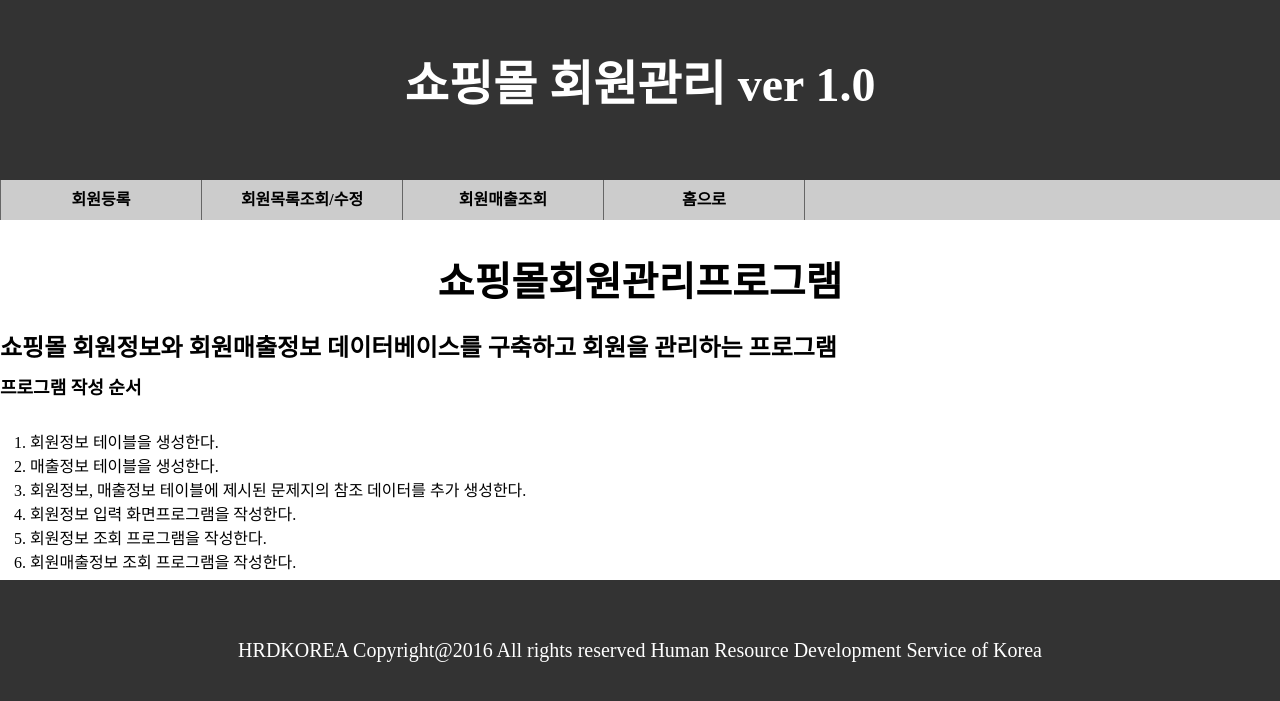
Repository: jsky1234/NCS
Page: http://localhost/HRD_1/admin.jsp
An editor plug-in stored every save of this project. The page is shown before and after the next save, followed by the edit.
The browser window is 1280 px wide. The pictures show the whole page.
The page is served by Tomcat 9. Other server files are loaded and not shown.

Above is the page before, as saved 2020-11-09 02:44:55.

### ncs1/HRD_1/WebContent/admin.jsp
<%@ page language="java" contentType="text/html; charset=UTF-8"
    pageEncoding="UTF-8"%>
<!DOCTYPE html>
<html>
<head>
<meta charset="UTF-8">
<title>관리자 모드로 로그인 중</title>
<style>
* { margin: 0; padding: 0; }
body, html { width: 100%; height: 100%; }
ul { list-style : none; }
a { text-decoration: none; }

button, label, input { outline: 0; border: 0; user-select: none; }
img { border: 0; }
ol { padding: 30px; }
.hd { clear: both; min-height: 180px; background-color: #333; }
.tit { font-size: 48px; text-align: center; line-height: 140px; color: #fff; padding-top: 15px;}
.gnb { clear: both; height: 40px; background-color: #cccccc; }
.gnb li { float: left; min-width: 120px; width: auto; }
.gnb a { display:block; text-align: center; line-height: 40px; width: 200px; height: 40px; color: #000000; font-weight: 700; border-left: 1px solid #666666; }
.gnb li:last-child { border-right: 1px solid #666666; }

.page { clear: both; padding: 30px 0 30px 0; }
.page_tit { text-align: center; font-size: 40px; }
.item_tit1 { font-size: 24px; margin-top: 20px; }
.item_tit2 { font-size: 18px; margin-top: 10px;}

.ft { clear: both; position: absolute;  width: 100%; bottom: 0; min-height:80px; height: 140px; background-color: #333; }
.copyright { color: #fff; font-size: 20px; text-align: center; margin-top: 20px; line-height: 100px;}

</style>
</head>
<body>
<header class="hd">
	<h2 class="tit">쇼핑몰 회원관리 ver 1.0</h2>
</header>
<nav class="gnb">
	<ul>
		<li><a href="">회원등록</a></li>
		<li><a href="">회원목록조회/수정</a></li>
		<li><a href="">회원매출조회</a></li>
		<li><a href="">홈으로</a></li>
	</ul>
</nav>
<main class="content">
	<section class="page" id="page1">
		<h2 class="page_tit">쇼핑몰회원관리프로그램</h2>
		<div class="main_help">
			<h3 class="item_tit1">쇼핑몰 회원정보와 회원매출정보 데이터베이스를 구축하고 회원을 관리하는 프로그램</h3>
			<h3 class="item_tit2">프로그램 작성 순서</h3>
			<ol>
				<li>회원정보 테이블을 생성한다.</li>
				<li>매출정보 테이블을 생성한다.</li>
				<li>회원정보, 매출정보 테이블에 제시된 문제지의 참조 데이터를 추가 생성한다.</li>
				<li>회원정보 입력 화면프로그램을 작성한다.</li>
				<li>회원정보 조회 프로그램을 작성한다.</li>
				<li>회원매출정보 조회 프로그램을 작성한다.</li>
			</ol>
		</div>
	</section>
</main>
<footer class="ft">
	<div class="ft_wrap">
		<div class="admin_copy">
			<p class="copyright">HRDKOREA Copyright@2016 All rights reserved Human Resource Development Service of Korea</p>
		</div>
	</div>
</footer>
</body>
</html>

After the next save:
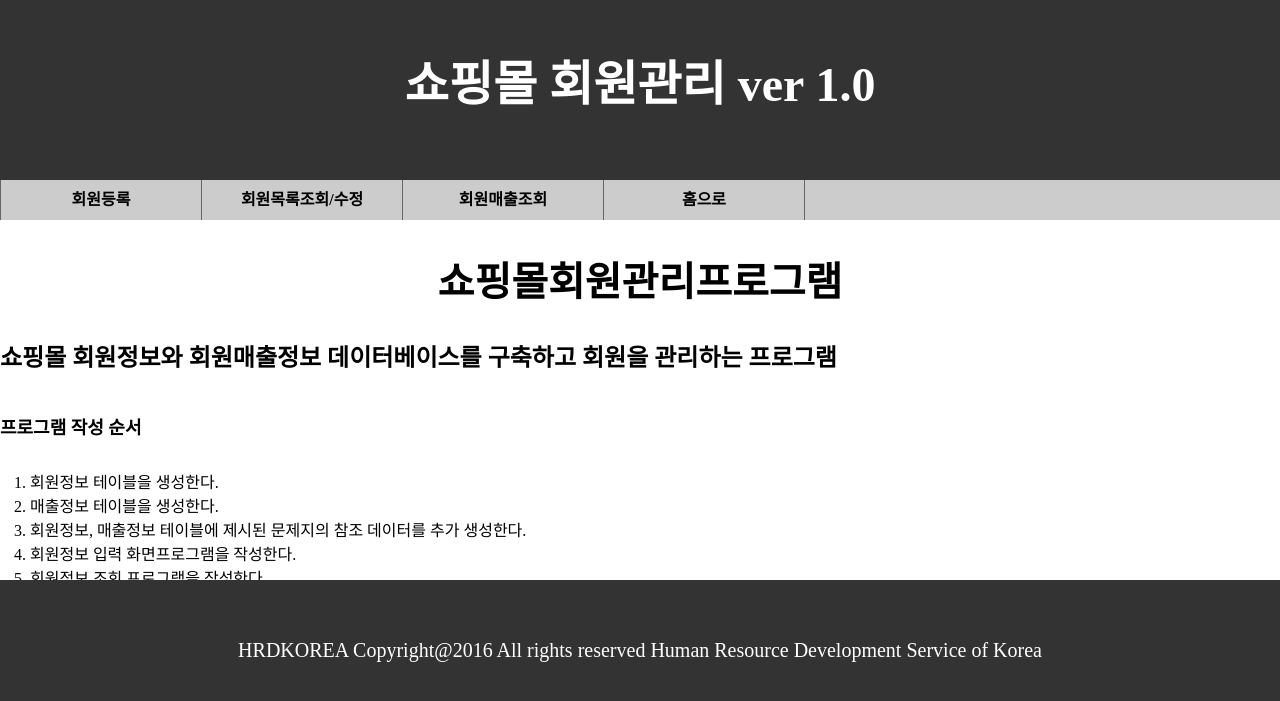
Saved 12 s later.
--- a/ncs1/HRD_1/WebContent/admin.jsp
+++ b/ncs1/HRD_1/WebContent/admin.jsp
@@ -23,8 +23,8 @@ ol { padding: 30px; }
 
 .page { clear: both; padding: 30px 0 30px 0; }
 .page_tit { text-align: center; font-size: 40px; }
-.item_tit1 { font-size: 24px; margin-top: 20px; }
-.item_tit2 { font-size: 18px; margin-top: 10px;}
+.item_tit1 { font-size: 24px; margin-top: 30px; }
+.item_tit2 { font-size: 18px; margin-top: 40px;}
 
 .ft { clear: both; position: absolute;  width: 100%; bottom: 0; min-height:80px; height: 140px; background-color: #333; }
 .copyright { color: #fff; font-size: 20px; text-align: center; margin-top: 20px; line-height: 100px;}
